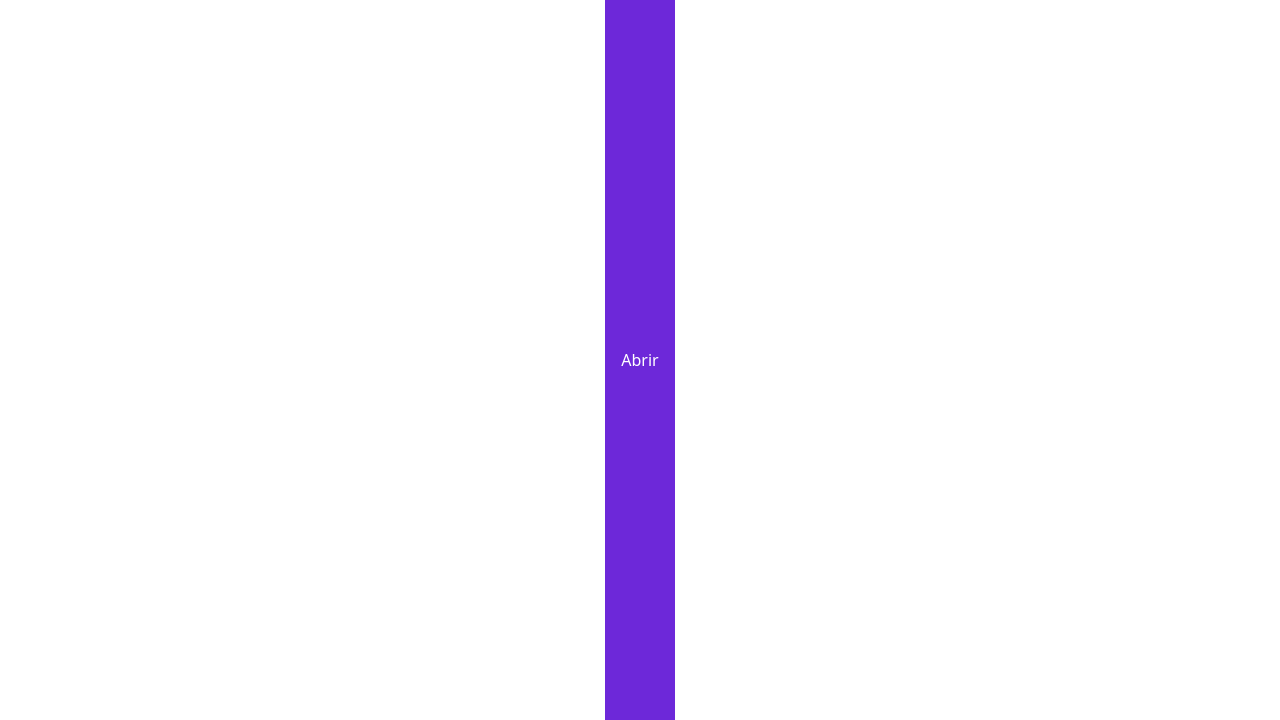
Repository: vndp/Dom_lab
Page: Praticando/index.html
The author's editor kept a copy of each file at every save. The page is drawn from the files as they stood at one save, then again after the next save.
The browser window is 1280 px wide. The pictures show the whole page.

Above is the page before, as saved 2022-07-19 09:31:28.

### Praticando/index.html
<!DOCTYPE html>
<html lang="pt-br">
<head>
    <meta charset="UTF-8">

    <meta name="viewport" content="width=device-width, initial-scale=1.0">
    <title>Dom eventos</title>

    <link href="https://unpkg.com/tailwindcss/dist/tailwind.min.css" rel="stylesheet" >

</head>
<body class="h-screen bg-purple-108 flex flec-col itens-center justify-center">

    <button
    id="openModal"
    class="bg-purple-700 text-white py-2 px-4 rouded">
    Abrir
</button>

</body>
</html>

After the next save:
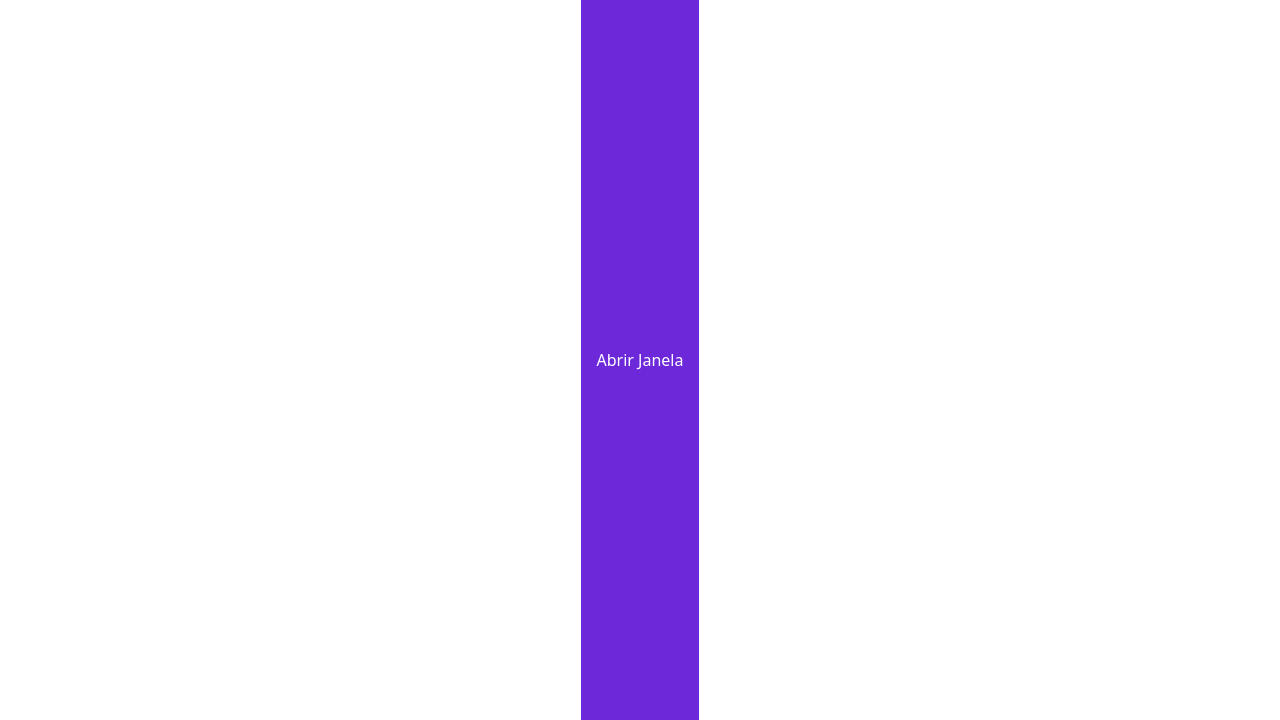
Saved 4 s later.
--- a/Praticando/index.html
+++ b/Praticando/index.html
@@ -14,7 +14,7 @@
     <button
     id="openModal"
     class="bg-purple-700 text-white py-2 px-4 rouded">
-    Abrir
+    Abrir Janela
 </button>
 
 </body>
